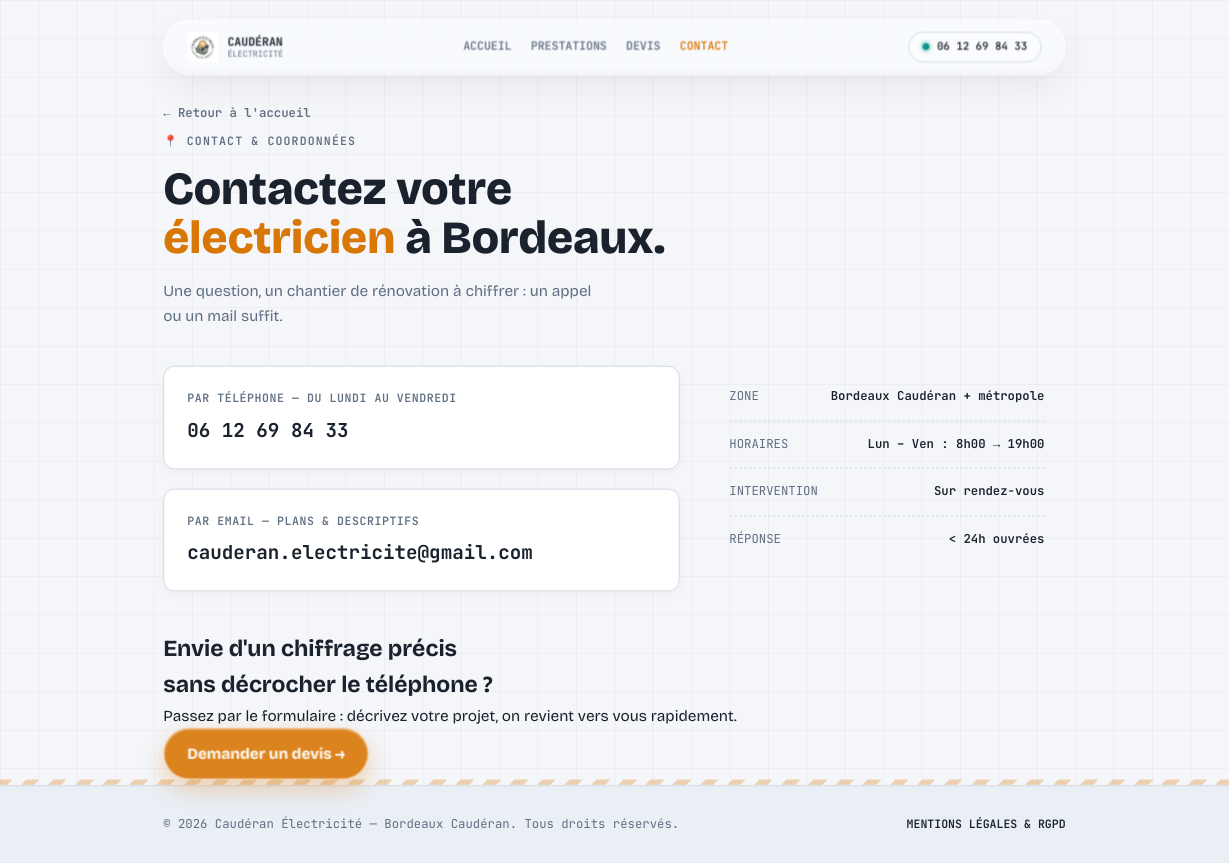
Repository: cauderanelectricite/cauderanelectricite.github.io
Page: contact.html
These files come from the project's save history. The page is drawn as it stood at one moment and after the next save; the edit follows.
The browser window is 1280 px wide. The pictures show the whole page, at 96% of full size.

Above is the page before, as saved 2026-09-30 14:14:42.

### contact.html
<!DOCTYPE html>
<html lang="fr">
<head>
  <meta charset="UTF-8" />
  <meta name="viewport" content="width=device-width, initial-scale=1.0" />
  <link rel="stylesheet" href="style.css" />
  <title>Contact – Caudéran Électricité, électricien à Bordeaux</title>
  <meta name="description" content="Contactez Caudéran Électricité, artisan électricien à Bordeaux Caudéran : téléphone, email, zone d'intervention et horaires. Réponse sous 24h ouvrées.">
  <link rel="canonical" href="https://cauderan-electricite.fr/contact.html">
  <meta name="robots" content="index, follow">
  <meta name="theme-color" content="#F4F6F9">

  <meta property="og:type" content="website">
  <meta property="og:locale" content="fr_FR">
  <meta property="og:site_name" content="Caudéran Électricité">
  <meta property="og:title" content="Contact – Caudéran Électricité, électricien à Bordeaux">
  <meta property="og:description" content="Téléphone, email, zone d'intervention et horaires. Réponse sous 24h ouvrées.">
  <meta property="og:url" content="https://cauderan-electricite.fr/contact.html">
  <meta property="og:image" content="https://cauderan-electricite.fr/logo.png">
  <meta name="twitter:card" content="summary">

  <link rel="icon" type="image/png" href="logo.png">

  <link rel="preconnect" href="https://fonts.googleapis.com">
  <link rel="preconnect" href="https://fonts.gstatic.com" crossorigin>
  <link href="https://fonts.googleapis.com/css2?family=Bricolage+Grotesque:opsz,wght@12..96,400;12..96,600;12..96,700;12..96,800&family=JetBrains+Mono:wght@400;600;700&display=swap" rel="stylesheet">
</head>
<body>

  <header>
    <div class="nav-container">
      <a class="brand" href="index.html">
        <img src="logo.png" alt="Logo Caudéran Électricité" width="32" height="32">
        <span class="brand-name">Caudéran<small>Électricité</small></span>
      </a>
      <nav aria-label="Navigation principale">
        <a href="index.html">Accueil</a>
        <a href="index.html#services">Prestations</a>
        <a href="devis.html">Devis</a>
        <a href="contact.html" aria-current="page">Contact</a>
      </nav>
      <a class="header-cta" href="tel:+33612698433"><span class="led"></span>06 12 69 84 33</a>
    </div>
  </header>

  <main>
    <a href="index.html" class="back-link">← Retour à l'accueil</a>

    <section class="page-head">
      <p class="kicker">📍 Contact &amp; Coordonnées</p>
      <h1>Contactez votre<br><span class="amber">électricien</span> à Bordeaux.</h1>
      <p>Une question, un chantier de rénovation à chiffrer : un appel ou un mail suffit.</p>
    </section>

    <div class="contact-grid">
      <div class="contact-primary">
        <a class="contact-big" href="tel:+33612698433">
          <small>Par téléphone — du lundi au vendredi</small>
          06 12 69 84 33
        </a>
        <a class="contact-big" href="mailto:cauderan.electricite@gmail.com">
          <small>Par email — plans &amp; descriptifs</small>
          cauderan.electricite@gmail.com
        </a>
      </div>

      <aside class="spec" aria-label="Zone et horaires">
        <div class="spec-row"><span>ZONE</span><strong>Bordeaux Caudéran + métropole</strong></div>
        <div class="spec-row"><span>HORAIRES</span><strong>Lun – Ven : 8h00 → 19h00</strong></div>
        <div class="spec-row"><span>INTERVENTION</span><strong>Sur rendez-vous</strong></div>
        <div class="spec-row"><span>RÉPONSE</span><strong class="ok"><span class="led"></span>&lt; 24h ouvrées</strong></div>
      </aside>
    </div>

    <section class="contact-cta-box">
  <div>
    <h2>Envie d'un chiffrage précis<br>sans décrocher le téléphone ?</h2>
    <p>Passez par le formulaire : décrivez votre projet, on revient vers vous rapidement.</p>
  </div>
  <a href="devis.html" class="btn">Demander un devis →</a>
</section>
  </main>

  <div class="hazard" aria-hidden="true"></div>
<!-- Footer -->
<footer>
  <div class="foot-inner">
    <span class="foot-copy">© <span id="year">2025</span> Caudéran Électricité — Bordeaux Caudéran. Tous droits réservés.</span>
    <nav class="foot-nav" aria-label="Liens légaux">
      <a href="mentions-legales.html">Mentions légales &amp; RGPD</a>
    </nav>
  </div>
</footer>

<script>
  document.getElementById('year').textContent = new Date().getFullYear();
</script>

</body>
</html>

### style.css
/* ============================================================
   CAUDÉRAN ÉLECTRICITÉ — Feuille de style unique (toutes pages)
   ============================================================ */

:root {
  --bg: #F4F6F9;
  --panel: #FFFFFF;
  --panel-2: #EAEFF5;
  --line: #D1D9E2;
  --txt: #1A222D;
  --txt-2: #606F82;
  --amber: #D97706;
  --amber-deep: #B45309;
  --amber-soft: rgba(217, 119, 6, .1);
  --teal: #0D9488;
  --font: 'Bricolage Grotesque', sans-serif;
  --mono: 'JetBrains Mono', monospace;
}

*, *::before, *::after {
  margin: 0; padding: 0; box-sizing: border-box;
}

html {
  scroll-behavior: smooth;
  scroll-padding-top: 110px; /* évite que le header sticky cache les ancres */
}

@media (prefers-reduced-motion: reduce) {
  html { scroll-behavior: auto; }
  *, *::before, *::after {
    transition: none !important;
    animation: none !important;
  }
}

body {
  background-color: var(--bg);
  color: var(--txt);
  font-family: var(--font);
  line-height: 1.6;
  min-height: 100vh;
  display: flex;
  flex-direction: column;
  background-size: 40px 40px;
  background-image:
    linear-gradient(to right, rgba(0, 0, 0, 0.03) 1px, transparent 1px),
    linear-gradient(to bottom, rgba(0, 0, 0, 0.03) 1px, transparent 1px);
}

:focus-visible {
  outline: 2px solid var(--amber);
  outline-offset: 3px;
  border-radius: 4px;
}

.amber { color: var(--amber); }

/* ---------- Utilitaire Liquid Glass ---------- */
.liquid-glass {
  background: rgba(255, 255, 255, 0.45);
  backdrop-filter: blur(25px) saturate(180%);
  -webkit-backdrop-filter: blur(25px) saturate(180%);
  border: 1px solid rgba(255, 255, 255, 0.7);
  border-top-color: rgba(255, 255, 255, 0.9);
  box-shadow:
    0 15px 35px rgba(0, 0, 0, 0.06),
    inset 0 1px 2px rgba(255, 255, 255, 0.8),
    inset 0 -2px 6px rgba(0, 0, 0, 0.03);
  transition: all 0.3s cubic-bezier(0.16, 1, 0.3, 1);
}

.liquid-glass:hover {
  background: rgba(255, 255, 255, 0.65);
  border-color: rgba(255, 255, 255, 1);
  box-shadow:
    0 20px 40px rgba(0, 0, 0, 0.08),
    inset 0 1px 3px rgba(255, 255, 255, 1),
    inset 0 -2px 8px rgba(0, 0, 0, 0.04);
}

/* ---------- Header flottant ---------- */
header {
  position: sticky;
  top: 20px;
  z-index: 50;
  width: 100%;
  max-width: 1000px;
  margin: 20px auto 0 auto;
  padding: 0 30px;
}

.nav-container {
  display: flex;
  align-items: center;
  justify-content: space-between;
  gap: 20px;
  padding: 12px 24px;
  border-radius: 999px;
  background: rgba(255, 255, 255, 0.45);
  backdrop-filter: blur(25px) saturate(180%);
  -webkit-backdrop-filter: blur(25px) saturate(180%);
  border: 1px solid rgba(255, 255, 255, 0.7);
  border-top-color: rgba(255, 255, 255, 0.9);
  box-shadow:
    0 15px 35px rgba(0, 0, 0, 0.06),
    inset 0 1px 2px rgba(255, 255, 255, 0.8),
    inset 0 -2px 6px rgba(0, 0, 0, 0.03);
}

.brand {
  display: flex;
  align-items: center;
  gap: 10px;
  text-decoration: none;
  color: var(--txt);
  flex-shrink: 0;
}

.brand img {
  width: 32px;
  height: 32px;
  object-fit: contain;
  background: var(--panel);
  border-radius: 6px;
  padding: 3px;
}

.brand-name {
  font-family: var(--mono);
  font-size: 0.75rem;
  font-weight: 700;
  text-transform: uppercase;
  line-height: 1.2;
}

.brand-name small {
  display: block;
  color: var(--txt-2);
  font-size: 0.55rem;
  font-weight: 400;
}

nav {
  display: flex;
  gap: 20px;
}

nav a {
  font-family: var(--mono);
  font-size: 0.75rem;
  font-weight: 600;
  text-transform: uppercase;
  color: var(--txt-2);
  text-decoration: none;
  transition: color 0.2s;
}

nav a:hover { color: var(--txt); }
nav a[aria-current="page"] { color: var(--amber); }

.header-cta {
  display: flex;
  align-items: center;
  gap: 8px;
  font-family: var(--mono);
  font-size: 0.7rem;
  font-weight: 600;
  color: var(--txt);
  text-decoration: none;
  border: 1px solid var(--line);
  border-radius: 999px;
  padding: 6px 14px;
  background: rgba(255, 255, 255, 0.4);
  transition: all 0.2s;
  flex-shrink: 0;
}

.header-cta:hover {
  border-color: var(--amber);
  background: var(--amber-soft);
}

.led {
  width: 7px;
  height: 7px;
  border-radius: 50%;
  background: var(--teal);
  box-shadow: 0 0 6px var(--teal);
}

/* ---------- Boutons ---------- */
.btn {
  display: inline-flex;
  align-items: center;
  justify-content: center;
  gap: 8px;
  padding: 13px 24px;
  border-radius: 999px;
  border: 1px solid rgba(255, 255, 255, 0.6);
  background: rgba(217, 119, 6, 0.9);
  color: #fff;
  font-weight: 700;
  text-decoration: none;
  backdrop-filter: blur(15px) saturate(180%);
  -webkit-backdrop-filter: blur(15px) saturate(180%);
  box-shadow:
    0 10px 25px rgba(217, 119, 6, 0.3),
    inset 0 1px 2px rgba(255, 255, 255, 0.5);
  transition: all 0.3s cubic-bezier(0.16, 1, 0.3, 1);
  cursor: pointer;
}

.btn:hover {
  background: var(--amber-deep);
  transform: translateY(-2px);
  box-shadow:
    0 15px 30px rgba(217, 119, 6, 0.4),
    inset 0 1px 3px rgba(255, 255, 255, 0.8);
}

.btn-ghost {
  display: inline-flex;
  align-items: center;
  justify-content: center;
  gap: 8px;
  padding: 13px 22px;
  border-radius: 999px;
  background: rgba(255, 255, 255, 0.4);
  border: 1px solid rgba(255, 255, 255, 0.7);
  color: var(--txt);
  font-family: var(--mono);
  font-size: 0.85rem;
  font-weight: 600;
  text-decoration: none;
  backdrop-filter: blur(20px) saturate(180%);
  -webkit-backdrop-filter: blur(20px) saturate(180%);
  transition: all 0.3s cubic-bezier(0.16, 1, 0.3, 1);
}

.btn-ghost:hover {
  background: rgba(255, 255, 255, 0.65);
  border-color: rgba(255, 255, 255, 1);
  transform: translateY(-2px);
}

/* ---------- Structure générale ---------- */
main {
  width: 100%;
  max-width: 1000px;
  margin: 0 auto;
  flex: 1;
  padding: 0 30px;
}

.section { padding: 60px 0; }

.section h2 {
  font-size: clamp(2rem, 4vw, 2.5rem);
  font-weight: 800;
  line-height: 1.1;
  margin-bottom: 10px;
}

.section-lead {
  color: var(--txt-2);
  margin-bottom: 30px;
  max-width: 50ch;
}

.kicker {
  font-family: var(--mono);
  font-size: 0.75rem;
  font-weight: 600;
  letter-spacing: 0.1em;
  text-transform: uppercase;
  color: var(--amber);
  margin-bottom: 12px;
}

/* ---------- Hero ---------- */
.hero {
  display: grid;
  grid-template-columns: 1.3fr 0.9fr;
  gap: 40px;
  align-items: center;
  padding: 60px 0;
}

.hero h1 {
  font-size: clamp(2.3rem, 4.5vw, 3.8rem);
  font-weight: 800;
  line-height: 1.1;
}

.hero-sub {
  margin: 20px 0 30px;
  color: var(--txt-2);
  font-size: 1.05rem;
  max-width: 45ch;
}

.hero-actions {
  display: flex;
  gap: 14px;
  flex-wrap: wrap;
}

/* Fiche spec */
.spec {
  border-radius: 16px;
  padding: 8px 22px;
  font-family: var(--mono);
}

.spec-row {
  display: flex;
  justify-content: space-between;
  align-items: center;
  padding: 14px 0;
  border-bottom: 1px dashed var(--line);
  font-size: 0.8rem;
}

.spec-row:last-child { border-bottom: none; }
.spec-row span { color: var(--txt-2); }
.spec-row strong { font-weight: 600; }

/* ---------- Services (cartes) ---------- */
.services {
  list-style: none;
  display: grid;
  gap: 16px;
}

.service-card-link {
  display: flex;
  justify-content: space-between;
  align-items: center;
  gap: 20px;
  padding: 24px 28px;
  border-radius: 20px;
  text-decoration: none;
  color: inherit;
}

.service-card-link:hover { transform: translateY(-2px); }

.service-number {
  display: block;
  font-family: var(--mono);
  font-size: 0.75rem;
  font-weight: 700;
  color: var(--amber);
  letter-spacing: 0.1em;
  margin-bottom: 8px;
}

.services h3 {
  font-size: 1.2rem;
  margin-bottom: 6px;
}

.services p {
  color: var(--txt-2);
  font-size: 0.92rem;
  max-width: 60ch;
}

.arrow {
  font-size: 1.2rem;
  color: var(--txt-2);
  transition: transform 0.2s, color 0.2s;
  flex-shrink: 0;
}

.service-card-link:hover .arrow {
  transform: translateX(6px);
  color: var(--amber);
}

/* ---------- À propos ---------- */
.about {
  display: grid;
  grid-template-columns: 0.9fr 1.1fr;
  gap: 40px;
  align-items: center;
}

.portrait {
  width: 100%;
  max-width: 380px;
  aspect-ratio: 4 / 5;
  border-radius: 20px;
  overflow: hidden;
  margin: 0 auto;
}

.portrait img {
  width: 100%;
  height: 100%;
  object-fit: cover;
  display: block;
}

.about-copy p {
  color: var(--txt-2);
  margin-bottom: 14px;
  max-width: 55ch;
}

/* ---------- Réalisations ---------- */
.project-grid {
  display: grid;
  grid-template-columns: repeat(3, 1fr);
  gap: 20px;
}

.project-card {
  border-radius: 20px;
  overflow: hidden;
}

.project-card:hover { transform: translateY(-3px); }

.project-image {
  position: relative;
  aspect-ratio: 4 / 3;
}

.project-image img {
  width: 100%;
  height: 100%;
  object-fit: cover;
  display: block;
}

.demo-badge {
  position: absolute;
  top: 12px;
  left: 12px;
  font-family: var(--mono);
  font-size: 0.65rem;
  font-weight: 600;
  text-transform: uppercase;
  letter-spacing: 0.05em;
  background: rgba(26, 34, 45, 0.8);
  color: #fff;
  padding: 5px 10px;
  border-radius: 999px;
  backdrop-filter: blur(8px);
  -webkit-backdrop-filter: blur(8px);
}

.project-content { padding: 20px; }

.project-category {
  font-family: var(--mono);
  font-size: 0.7rem;
  font-weight: 600;
  text-transform: uppercase;
  letter-spacing: 0.08em;
  color: var(--amber);
}

.project-content h3 {
  margin: 8px 0 6px;
  font-size: 1.15rem;
}

.project-content p {
  color: var(--txt-2);
  font-size: 0.9rem;
}

/* ---------- Avis clients ---------- */
.testimonial-grid {
  display: grid;
  grid-template-columns: repeat(3, 1fr);
  gap: 20px;
}

.testimonial {
  border-radius: 20px;
  padding: 24px;
}

.stars {
  color: var(--amber);
  letter-spacing: 3px;
  margin-bottom: 12px;
}

.testimonial blockquote {
  font-size: 0.95rem;
}

.testimonial cite {
  display: block;
  margin-top: 14px;
  font-style: normal;
  font-family: var(--mono);
  font-size: 0.75rem;
  color: var(--txt-2);
}

/* ---------- Zone d'intervention ---------- */
.area {
  display: grid;
  grid-template-columns: 1.2fr 0.8fr;
  gap: 40px;
  align-items: center;
}

.area-copy p {
  color: var(--txt-2);
  max-width: 45ch;
}

.area-list {
  display: flex;
  flex-wrap: wrap;
  gap: 10px;
  margin-top: 20px;
}

.area-list span {
  font-family: var(--mono);
  font-size: 0.75rem;
  font-weight: 600;
  border: 1px solid var(--line);
  background: var(--panel);
  padding: 8px 14px;
  border-radius: 999px;
}

.map-placeholder {
  aspect-ratio: 1;
  width: min(100%, 320px);
  margin: 0 auto;
  border-radius: 24px;
  display: flex;
  flex-direction: column;
  align-items: center;
  justify-content: center;
  gap: 6px;
  text-align: center;
  font-size: 2rem;
}

.map-placeholder strong { font-size: 1rem; }

.map-placeholder small {
  font-family: var(--mono);
  font-size: 0.7rem;
  color: var(--txt-2);
  text-transform: uppercase;
}

/* ---------- CTA finale (verre fumé ultra-lisible & robuste) ---------- */
.cta.liquid-glass,
.liquid-glass.cta {
  border-radius: 24px;
  padding: 44px;
  margin: 40px 0 60px;
  display: flex;
  justify-content: space-between;
  align-items: center;
  gap: 24px;
  flex-wrap: wrap;
  background: rgba(26, 34, 45, 0.95) !important;
  backdrop-filter: blur(25px) saturate(180%);
  -webkit-backdrop-filter: blur(25px) saturate(180%);
  border: 1px solid rgba(255, 255, 255, 0.25) !important;
  border-top-color: rgba(255, 255, 255, 0.35) !important;
  box-shadow:
    0 15px 35px rgba(0, 0, 0, 0.2),
    inset 0 1px 2px rgba(255, 255, 255, 0.2),
    inset 0 -2px 6px rgba(0, 0, 0, 0.1) !important;
  color: #fff !important;
}

.cta.liquid-glass *,
.liquid-glass.cta * {
  color: inherit;
}

.cta.liquid-glass:hover,
.liquid-glass.cta:hover {
  background: rgba(26, 34, 45, 0.98) !important;
  border-color: rgba(255, 255, 255, 0.4) !important;
  transform: none;
}

.cta .kicker {
  color: #FBBF24 !important;
}

.cta h2 {
  font-size: 1.8rem;
  font-weight: 800;
  line-height: 1.1;
  color: #fff !important;
}

.cta p {
  margin-top: 8px;
  color: rgba(255, 255, 255, 0.85) !important;
  max-width: 45ch;
}

.cta .btn {
  background: var(--amber) !important;
  color: #fff !important;
}

.cta .btn:hover {
  background: var(--amber-deep) !important;
}

.cta .btn-ghost {
  background: rgba(255, 255, 255, 0.08) !important;
  border-color: rgba(255, 255, 255, 0.3) !important;
  color: #fff !important;
}

.cta .btn-ghost:hover {
  background: rgba(255, 255, 255, 0.18) !important;
  border-color: rgba(255, 255, 255, 0.5) !important;
}

.cta-actions {
  display: flex;
  gap: 14px;
  flex-wrap: wrap;
}

/* ---------- Bande hazard & Footer ---------- */
.hazard {
  height: 6px;
  background: repeating-linear-gradient(-45deg, var(--amber) 0 10px, transparent 10px 20px);
  opacity: 0.3;
}

footer {
  background: var(--panel-2);
  border-top: 1px solid var(--line);
}

.foot-inner {
  max-width: 1000px;
  margin: 0 auto;
  padding: 30px;
  display: flex;
  justify-content: space-between;
  align-items: center;
  gap: 20px;
  flex-wrap: wrap;
}

.foot-copy {
  font-family: var(--mono);
  font-size: 0.8rem;
  color: var(--txt-2);
}

.foot-nav {
  display: flex;
  gap: 15px;
}

.foot-nav a {
  font-family: var(--mono);
  font-size: 0.75rem;
  color: var(--txt);
  text-decoration: none;
  text-transform: uppercase;
  transition: color 0.2s;
}

.foot-nav a:hover { color: var(--amber); }

/* ============================================================
   PAGE DEVIS — Formulaire "Bon d'intervention"
   ============================================================ */

.back-link {
  background: none;
  border: none;
  font-family: var(--mono);
  font-size: 0.8rem;
  font-weight: 600;
  color: var(--txt-2);
  cursor: pointer;
  margin: 30px 0 10px 0;
  display: inline-block;
  transition: color 0.2s;
  text-decoration: none;
}

.back-link:hover { color: var(--amber); }

.page-head { margin-bottom: 40px; }

.page-head h1 {
  font-size: clamp(2rem, 4vw, 3rem);
  font-weight: 800;
  line-height: 1.1;
  margin: 10px 0 15px 0;
}

.page-head p {
  color: var(--txt-2);
  max-width: 45ch;
}

.workorder {
  background: var(--panel);
  border: 1px solid var(--line);
  border-radius: 16px;
  overflow: hidden;
  box-shadow: 0 10px 30px rgba(0, 0, 0, 0.03);
  margin-bottom: 60px;
}

.wo-head {
  background: var(--panel-2);
  border-bottom: 1px solid var(--line);
  padding: 16px 24px;
  display: flex;
  justify-content: space-between;
  align-items: center;
  font-family: var(--mono);
  font-size: 0.75rem;
  color: var(--txt-2);
  text-transform: uppercase;
}

.wo-head b { color: var(--txt); }

.wo-body {
  padding: 30px;
  display: flex;
  flex-direction: column;
  gap: 20px;
}

.wo-body label {
  display: block;
  font-family: var(--mono);
  font-size: 0.75rem;
  font-weight: 600;
  color: var(--txt-2);
  margin-bottom: 8px;
  text-transform: uppercase;
}

.wo-body input,
.wo-body textarea {
  width: 100%;
  padding: 14px 16px;
  background: var(--bg);
  border: 1px solid var(--line);
  border-radius: 10px;
  font-family: var(--font);
  font-size: 1rem;
  color: var(--txt);
  outline: none;
  transition: border-color 0.2s, background 0.2s;
}

.wo-body input::placeholder,
.wo-body textarea::placeholder {
  color: var(--txt-2);
  opacity: 0.7;
}

.wo-body input:focus,
.wo-body textarea:focus {
  border-color: var(--amber);
  background: var(--panel);
}

.wo-body textarea {
  resize: vertical;
  min-height: 120px;
}

.wo-body .btn {
  width: 100%;
  margin-top: 10px;
}

.wo-note {
  display: flex;
  align-items: center;
  justify-content: center;
  gap: 8px;
  font-family: var(--mono);
  font-size: 0.7rem;
  color: var(--txt-2);
  text-align: center;
  margin-top: 5px;
}

/* ============================================================
   PAGE CONTACT
   ============================================================ */

.contact-grid {
  display: grid;
  grid-template-columns: 1.3fr 0.9fr;
  gap: 30px;
  align-items: stretch;
  margin-bottom: 40px;
}

.contact-primary {
  display: flex;
  flex-direction: column;
  gap: 20px;
}

.contact-big {
  background: var(--panel);
  border: 1px solid var(--line);
  border-radius: 12px;
  padding: 24px;
  text-decoration: none;
  color: var(--txt);
  display: flex;
  flex-direction: column;
  gap: 6px;
  font-family: var(--mono);
  font-size: 1.25rem;
  font-weight: 700;
  box-shadow: 0 4px 12px rgba(0, 0, 0, 0.03);
  transition: border-color 0.2s, transform 0.2s, background 0.2s;
}

.contact-big small {
  font-size: 0.75rem;
  font-weight: 600;
  color: var(--txt-2);
  text-transform: uppercase;
  letter-spacing: 0.05em;
}

.contact-big:hover {
  border-color: var(--amber);
  background: var(--amber-soft);
  transform: translateY(-2px);
}

/* ============================================================
   PAGE MENTIONS LÉGALES & RGPD
   ============================================================ */

.legal-content {
  background: var(--panel);
  border: 1px solid var(--line);
  border-radius: 16px;
  padding: 40px;
  box-shadow: 0 10px 30px rgba(0, 0, 0, 0.03);
  margin-bottom: 60px;
  display: flex;
  flex-direction: column;
  gap: 30px;
}

.legal-section h3 {
  font-family: var(--mono);
  font-size: 0.9rem;
  font-weight: 700;
  text-transform: uppercase;
  color: var(--amber);
  margin-bottom: 12px;
  letter-spacing: 0.05em;
  display: flex;
  align-items: center;
  gap: 8px;
}

.legal-section p,
.legal-section ul {
  color: var(--txt-2);
  font-size: 0.95rem;
  line-height: 1.7;
}

.legal-section ul {
  list-style: disc;
  padding-left: 20px;
  margin-top: 8px;
}

.legal-section li { margin-bottom: 6px; }

.legal-section strong { color: var(--txt); }

.hidden { display: none; }

/* ============================================================
   RESPONSIVE
   ============================================================ */

@media (max-width: 768px) {
  header {
    padding: 0 16px;
    top: 12px;
  }

  main { padding: 0 16px; }

  /* Nav visible sur mobile (wrap au lieu de display:none) */
  .nav-container {
    flex-wrap: wrap;
    justify-content: center;
    border-radius: 24px;
    row-gap: 12px;
  }

  nav {
    order: 3;
    width: 100%;
    justify-content: center;
    padding-top: 12px;
    border-top: 1px dashed var(--line);
  }

  .hero,
  .about,
  .area,
  .contact-grid {
    grid-template-columns: 1fr;
  }

  .hero { padding: 44px 0; }
  .section { padding: 44px 0; }

  .project-grid,
  .testimonial-grid {
    grid-template-columns: 1fr;
  }

  .cta.liquid-glass,
  .liquid-glass.cta {
    flex-direction: column;
    align-items: flex-start;
    padding: 32px;
  }

  .cta-actions {
    width: 100%;
    flex-direction: column;
  }

  .cta-actions .btn,
  .cta-actions .btn-ghost {
    width: 100%;
  }

  .wo-body { padding: 20px; }
  .legal-content { padding: 24px; }
}

/* Consentement RGPD — devis */
.workorder .consent label {
  display: flex;
  gap: 10px;
  align-items: flex-start;
  font-size: 0.85rem;
  line-height: 1.5;
  color: var(--txt-2, #666);
  cursor: pointer;
  text-align: left;
}
.workorder .consent input[type="checkbox"] {
  flex: none;
  width: 16px;
  height: 16px;
  margin-top: 3px;
  accent-color: #f0b429;
}
.workorder .consent a { color: var(--txt, #111); }

After the next save:
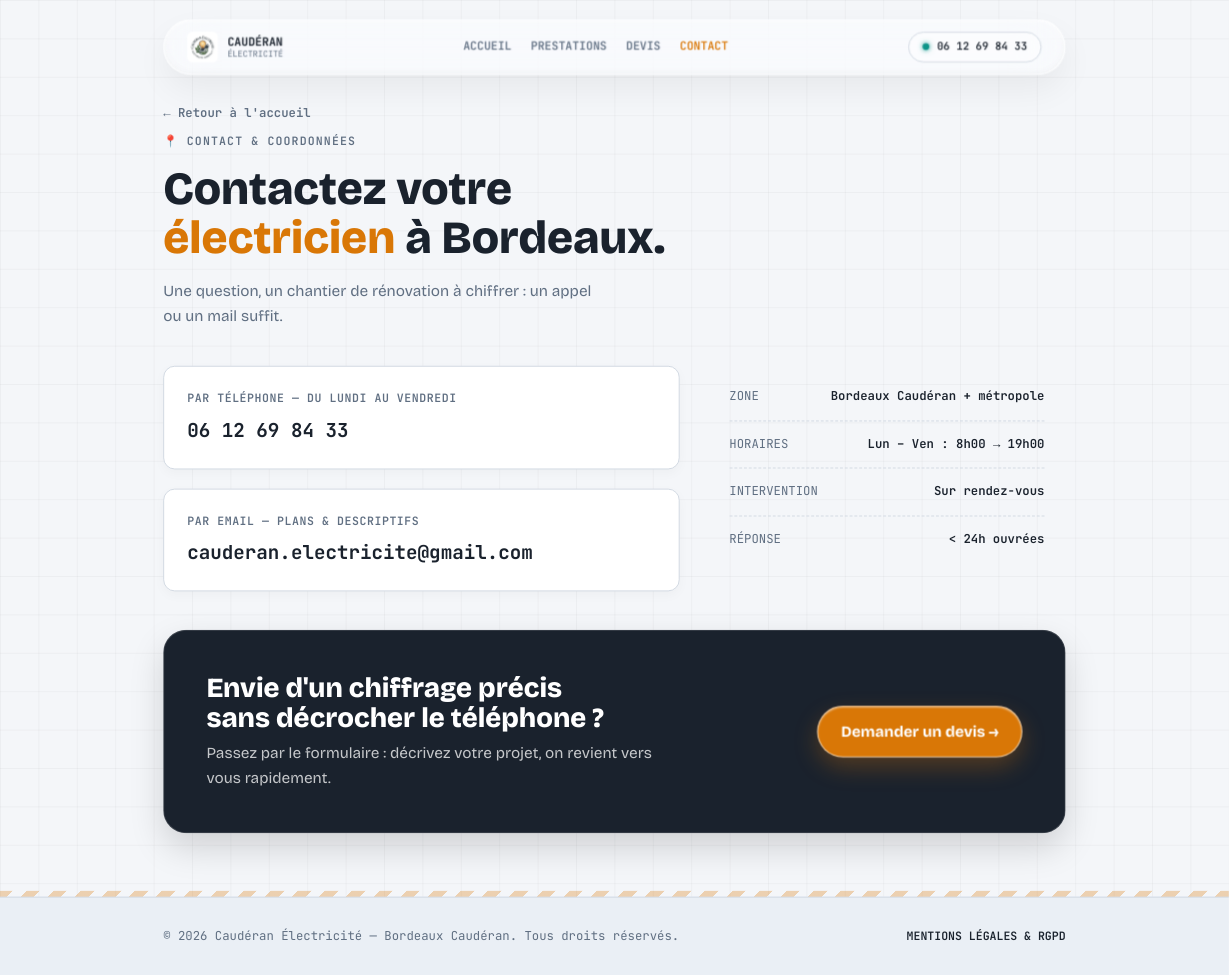
Saved 10 s later.
--- a/style.css
+++ b/style.css
@@ -983,3 +983,41 @@ footer {
   accent-color: #f0b429;
 }
 .workorder .consent a { color: var(--txt, #111); }
+
+/* ---------- Boîte CTA Contact bien propre et stylée ---------- */
+.contact-cta-box {
+  background: #1A222D !important;
+  border-radius: 24px;
+  padding: 44px;
+  margin: 40px 0 60px;
+  display: flex;
+  justify-content: space-between;
+  align-items: center;
+  gap: 24px;
+  flex-wrap: wrap;
+  border: 1px solid rgba(255, 255, 255, 0.15);
+  box-shadow: 0 15px 35px rgba(0, 0, 0, 0.15);
+}
+
+.contact-cta-box h2 {
+  font-size: 1.8rem;
+  font-weight: 800;
+  line-height: 1.1;
+  color: #FFFFFF !important;
+  margin-bottom: 8px;
+}
+
+.contact-cta-box p {
+  color: rgba(255, 255, 255, 0.75) !important;
+  max-width: 45ch;
+  font-size: 1rem;
+}
+
+.contact-cta-box .btn {
+  background: var(--amber) !important;
+  color: #FFFFFF !important;
+}
+
+.contact-cta-box .btn:hover {
+  background: var(--amber-deep) !important;
+}
